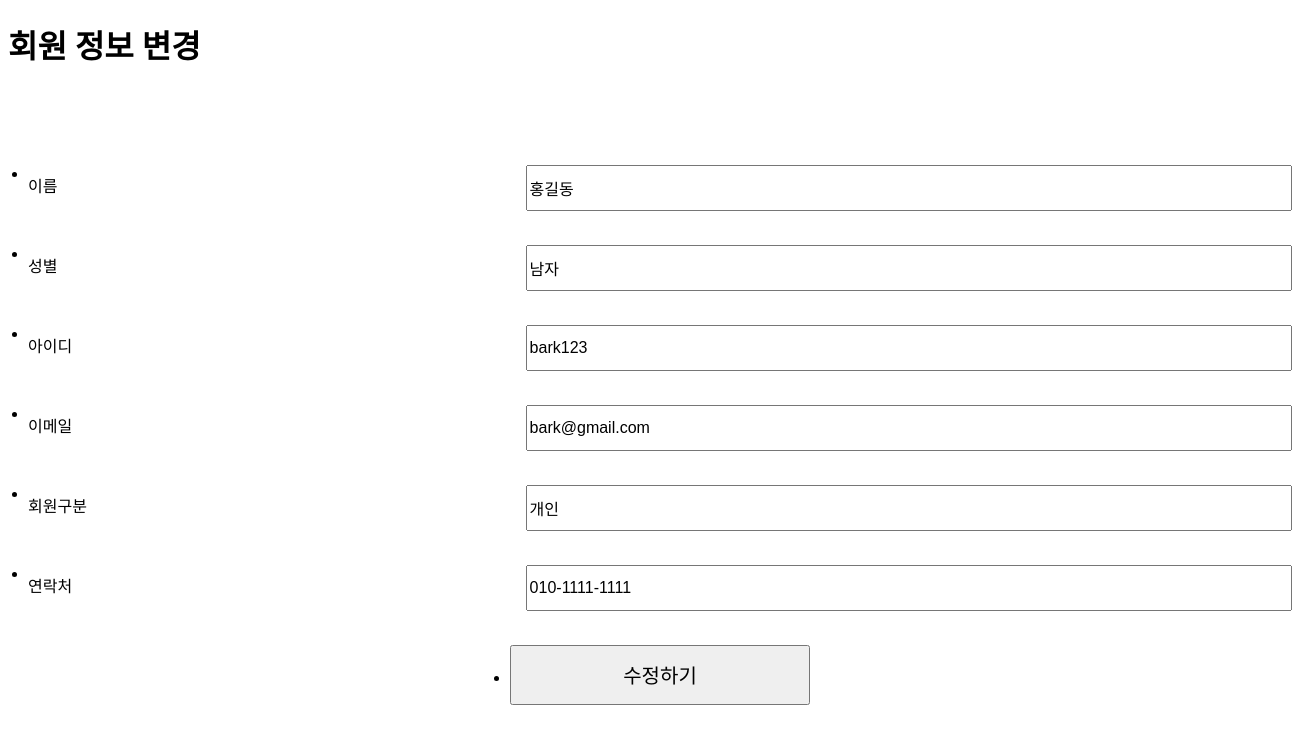
Repository: jngwk/Project-Bark
Page: http://localhost/Bark/include/userEditProfileFrm.jsp
An editor plug-in stored every save of this project. The page is shown before and after the next save, followed by the edit.
The browser window is 1280 px wide. The page is 1292 px wide, so the pictures cover 1292 px, including what lies to the right of the window. The pictures show the whole page.
The page is served by Tomcat 9.

Above is the page before, as saved 2024-03-31 05:50:33.

After the next save:
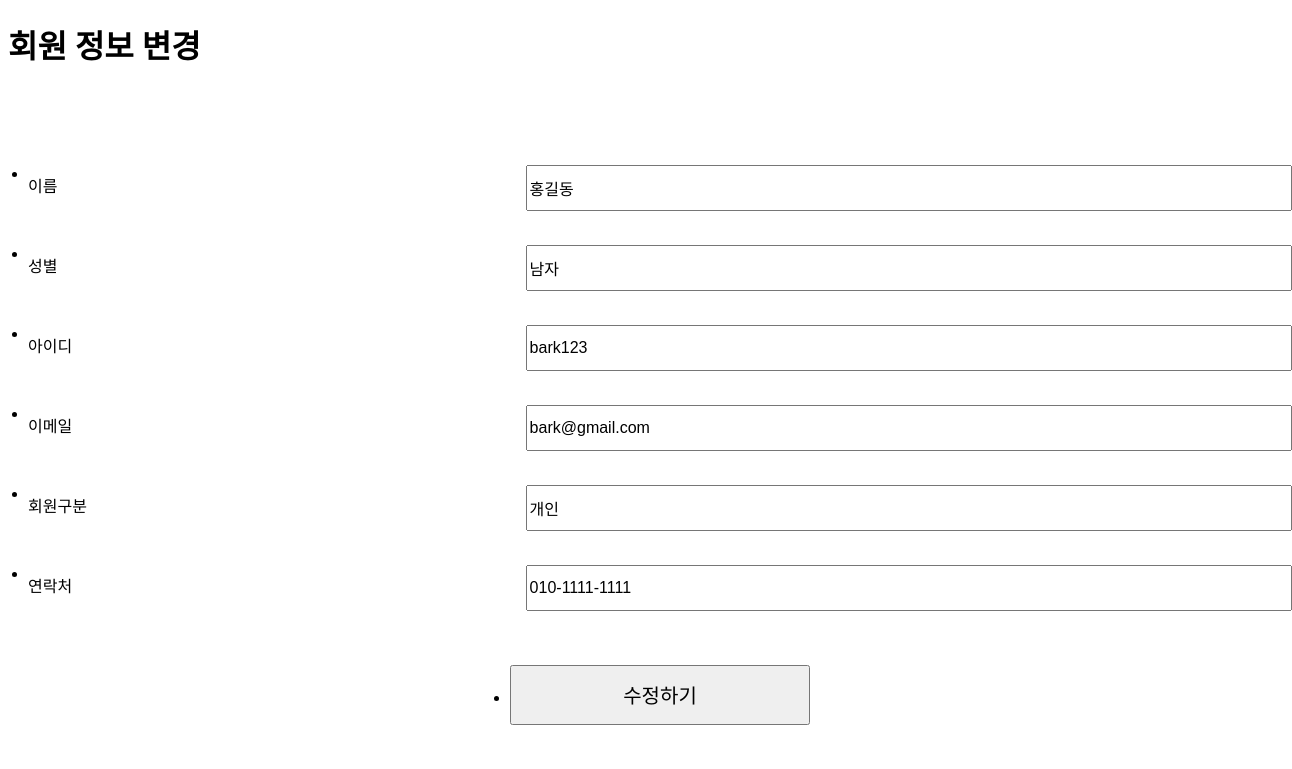
Saved 109 s later.
--- a/java_workspace/Bark/src/main/webapp/include/userEditProfileFrm.jsp
+++ b/java_workspace/Bark/src/main/webapp/include/userEditProfileFrm.jsp
@@ -50,7 +50,7 @@
 			<input class="profile-info" type="text" data-text-content="true"
 			value="010-1111-1111" >
 			</li>
-			<li>
+			<li class="edit-btn-area">
 			<button type="submit" class="edit-btn btn"><span>수정하기</span></button>
 			</li>
 		</ul>
